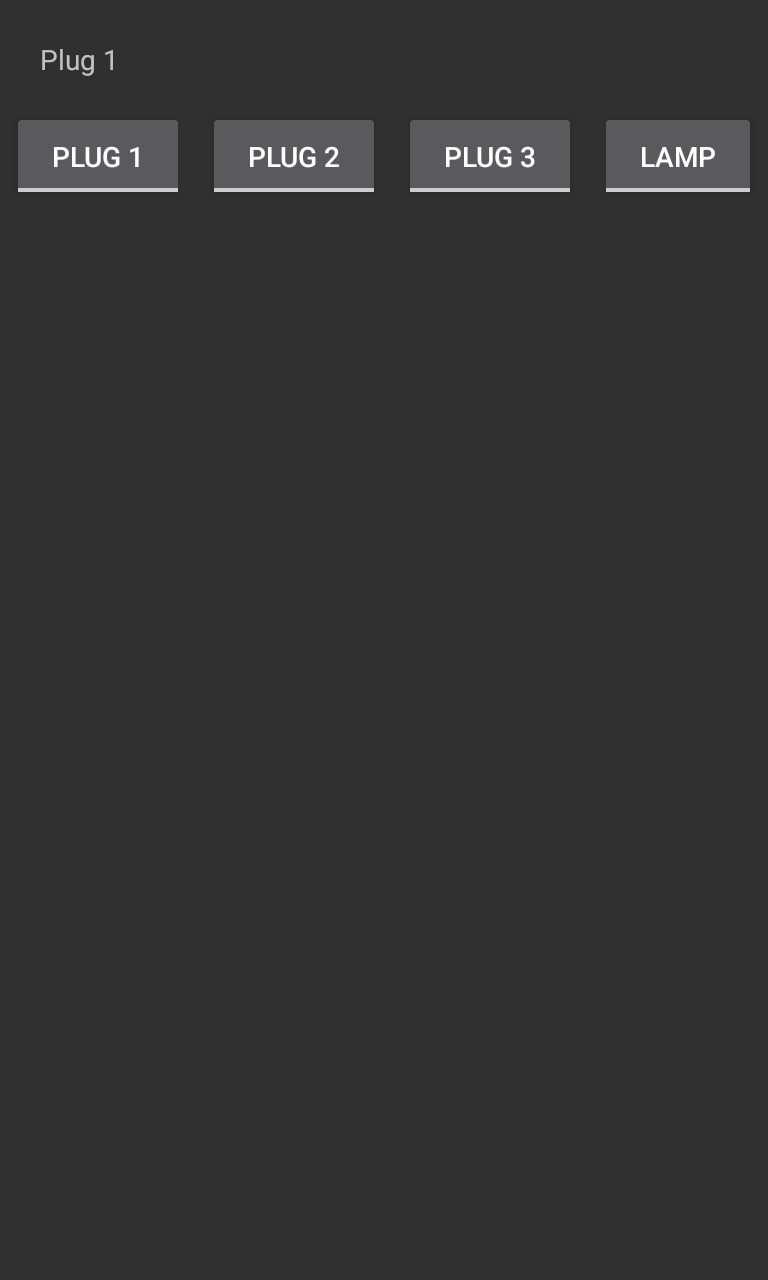
Repository: deanzaka/Shroom-Smart-Terminal
Layout: IOIOShroomST/res/layout/settings.xml
The author's editor kept a copy of each file at every save. The layout is drawn from the files as they stood at one save, then again after the next save.
It is drawn on a 768 x 1280 px phone screen (xhdpi) without system bars, with theme Theme.AppCompat; the app's code is not run.

Above is the layout before, as saved 2014-11-17 01:55:09.

### IOIOShroomST/res/layout/settings.xml
<?xml version="1.0" encoding="utf-8"?>
<LinearLayout xmlns:android="http://schemas.android.com/apk/res/android"
    android:orientation="vertical"
    android:layout_width="fill_parent"
    android:layout_height="fill_parent">

    <TextView
        android:layout_width="wrap_content"
        android:layout_height="wrap_content"
        android:layout_marginTop="20dp"
        android:layout_marginLeft="20dp"
        android:text="@string/terminal_1" />

	<RelativeLayout
	    android:layout_width="match_parent"
		android:layout_height="wrap_content"
		android:orientation="horizontal"
		android:gravity="center_horizontal"
		android:paddingTop="10dp">

	    <ToggleButton
			android:id="@+id/Terminal1"
			android:layout_width="wrap_content"
			android:layout_height="wrap_content"
			android:layout_margin="5dp"
			android:text="@string/terminal_1"
			android:textOn="@string/terminal_1"
			android:textOff="@string/terminal_1"
			/>

		<ToggleButton
			android:id="@+id/Terminal2"
			android:layout_width="wrap_content"
			android:layout_height="wrap_content"
			android:layout_toRightOf="@id/Terminal1"
			android:layout_margin="5dp"
			android:text="@string/terminal_2"
			android:textOn="@string/terminal_2"
			android:textOff="@string/terminal_2"
			/>

		<ToggleButton
			android:id="@+id/Terminal3"
			android:layout_width="wrap_content"
			android:layout_height="wrap_content"
			android:layout_toRightOf="@id/Terminal2"
			android:layout_margin="5dp"
			android:text="@string/terminal_3"
			android:textOn="@string/terminal_3"
			android:textOff="@string/terminal_3"
			/>

		<ToggleButton
			android:id="@+id/Lamp"
			android:layout_width="wrap_content"
			android:layout_height="wrap_content"
			android:layout_toRightOf="@id/Terminal3"
			android:layout_margin="5dp"
			android:text="@string/lamp"
			android:textOn="@string/lamp"
			android:textOff="@string/lamp"
			/>
	</RelativeLayout>

</LinearLayout>

### IOIOShroomST/res/values/strings.xml
<?xml version="1.0" encoding="utf-8"?>
<resources>

    <string name="app_name">Shroom - Smart Outlet</string>
    <string name="terminal_1">Plug 1</string>
    <string name="terminal_2">Plug 2</string>
    <string name="terminal_3">Plug 3</string>
    <string name="lamp">Lamp</string>
    <string name="light_label">Light intensity: </string>
    <string name="temp_label">Temperature</string>
    <string name="cel_label">celcius</string>
    <string name="lux_label">lux</string>
    <string name="auto_label">Auto Mode</string>
    <string name="action_sensors">Sensors</string>
    <string name="action_settings">Setting</string>
    <string name="setting_alert">Go to setting?</string>
    <string name="sensors_alert">Setup sensors?</string>
    <string name="yes_answer">Yes</string>
    <string name="no_answer">No</string>
    <string name="title_activity_settings">Settings</string>
    <string name="hello_world">Hello world!</string>
    <string name="title_activity_sensors">Sensors</string>

</resources>

After the next save:
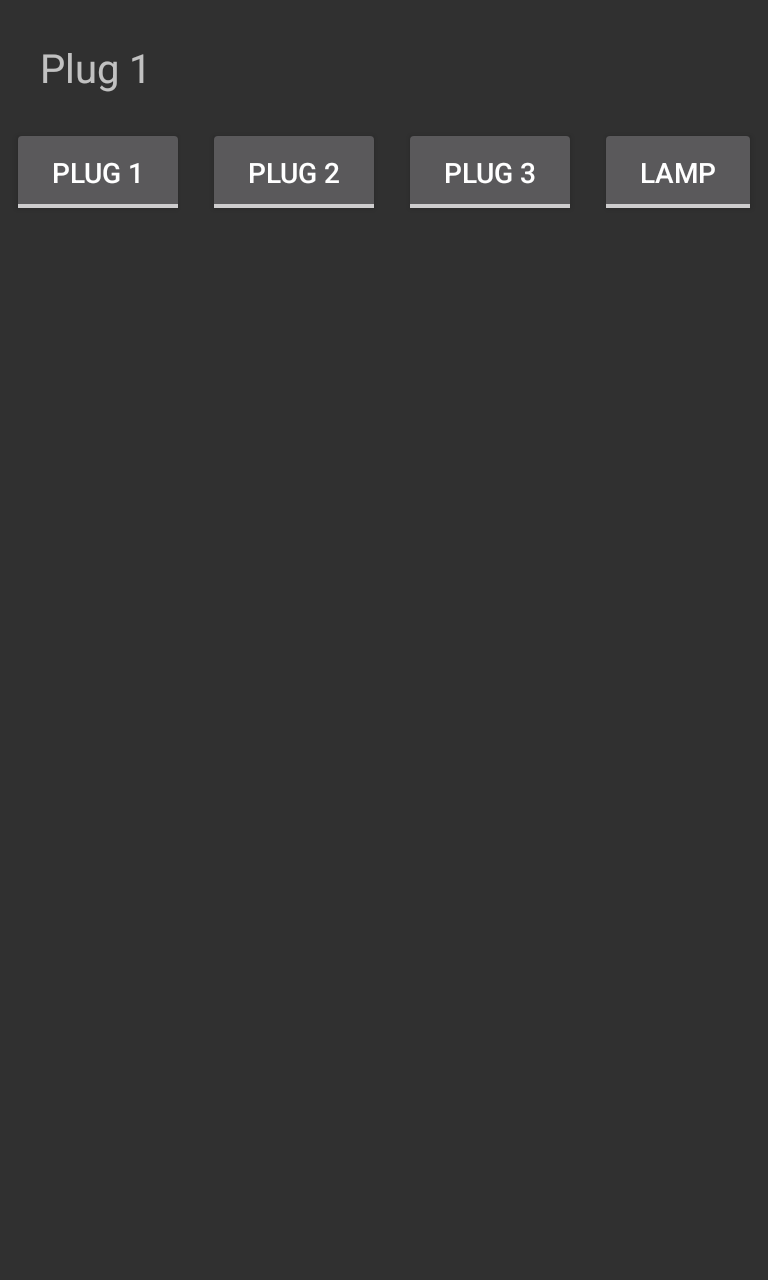
Saved 29 s later.
--- a/IOIOShroomST/res/layout/settings.xml
+++ b/IOIOShroomST/res/layout/settings.xml
@@ -9,6 +9,7 @@
         android:layout_height="wrap_content"
         android:layout_marginTop="20dp"
         android:layout_marginLeft="20dp"
+        android:textSize="20sp"
         android:text="@string/terminal_1" />
 
 	<RelativeLayout
